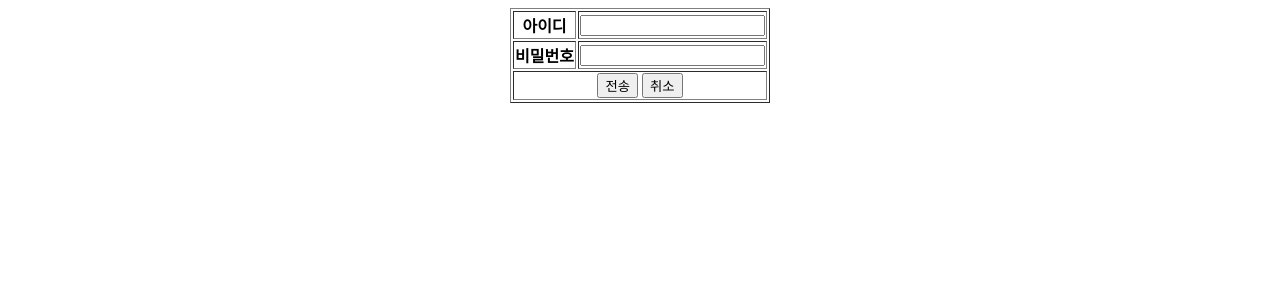
Repository: LTaeHoon/javajsp_ncs
Page: http://localhost/chap01_Jsp_Servlet/jsp/login.jsp
The author's editor kept a copy of each file at every save. The page is drawn from the files as they stood at one save, then again after the next save.
The browser window is 1280 px wide. The pictures show the whole page.
The page is served by Tomcat 9. Other server files are loaded and not shown.

Above is the page before, as saved 2017-01-13 02:03:20.

### chap01_Jsp_Servlet/WebContent/jsp/login.jsp
<%@ page language="java" contentType="text/html; charset=UTF-8"
    pageEncoding="UTF-8"%>
<!DOCTYPE html PUBLIC "-//W3C//DTD HTML 4.01 Transitional//EN" "http://www.w3.org/TR/html4/loose.dtd">
<html>
<head>
<meta http-equiv="Content-Type" content="text/html; charset=UTF-8">
<title>로그인 화면</title>
 <!-- 제이쿼리 라이브러리 링크 -->
 <script type="text/javascript" src="../js/jquery-3.js"></script>
 <script>
 	function data_check(){
 		if($('#id').val()==""){
 			alert('아이디를 입력하세요.');
 			$('#id').focus();
 			return false; //서버 전송 차단
 		}
 		if($('#pwd').val()==""){
 			alert('비번를 입력하세요.');
 			$('#pwd').focus();
 			return false; //서버 전송 차단
 		}
 	}
 </script>
</head>
<body>
<!-- action="http://192.168.0.79:8282/chap01_Jsp_Servlet/LoginServlet" -->
	<form name="frm" method="post"
	  action="<%=request.getContextPath() %>/LoginServlet"
	  onsubmit="return data_check()">
	  <!--
	  	method : 데이터 전송방식(get/post) -> doGet()/doPost()
	  	action : 서버페이지 url
	  		-> url = http://ip:port번호/디렉토리명/처리파일명
	  		-> 간소화 시, 경로명/처리파일명 (client ,server가 동일한 컴퓨터에서 작업된 경우)
	  	onsubmit : "data 검증 함수 호출"
	   -->
	 <div align="center">
		<table border="1">
			<tr>
				<th>아이디</th>
				<td><input type="text" name="id" id="id"/>
			</tr>
			<tr>
				<th>비밀번호</th>
				<td><input type="password" name="pwd" id="pwd"/>
			</tr>
			<tr>
				<td colspan="2" align="center">
					<input type="submit" value="전송" />
					<input type="reset" value="취소"/>
				</td>
				<!--
					type="submit": 버튼 클릭 시 action으로 지정된
					페이지로 데이터가 전송되는 방식
					name 속성 : 서버로 전송 시 값을 저장하는 변수명 지정
				 -->
		</table>
	 </div>
	</form>
</body>
</html>

Loaded but not shown: chap01_Jsp_Servlet/WebContent/js/jquery-3.js (library)

After the next save:
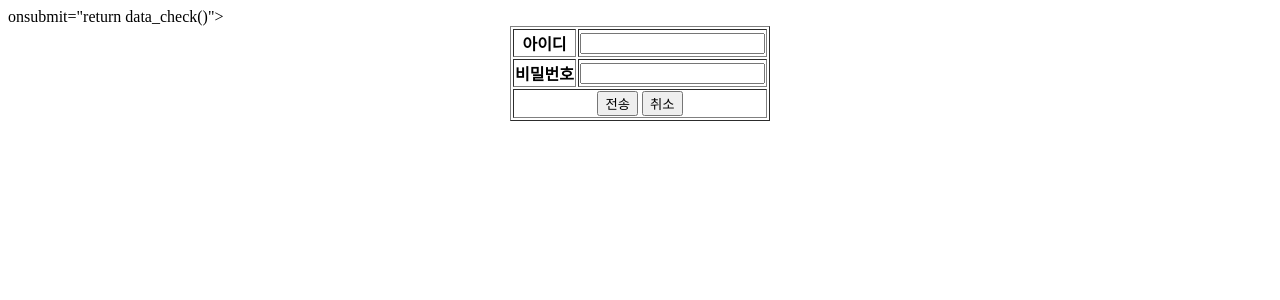
Saved 36 s later.
--- a/chap01_Jsp_Servlet/WebContent/jsp/login.jsp
+++ b/chap01_Jsp_Servlet/WebContent/jsp/login.jsp
@@ -25,7 +25,7 @@
 <body>
 <!-- action="http://192.168.0.79:8282/chap01_Jsp_Servlet/LoginServlet" -->
 	<form name="frm" method="post"
-	  action="<%=request.getContextPath() %>/LoginServlet"
+	  action="<%=request.getContextPath() %>/LoginServlet"  <!-- 절대 경로 -->
 	  onsubmit="return data_check()">
 	  <!--
 	  	method : 데이터 전송방식(get/post) -> doGet()/doPost()

After the save that followed:
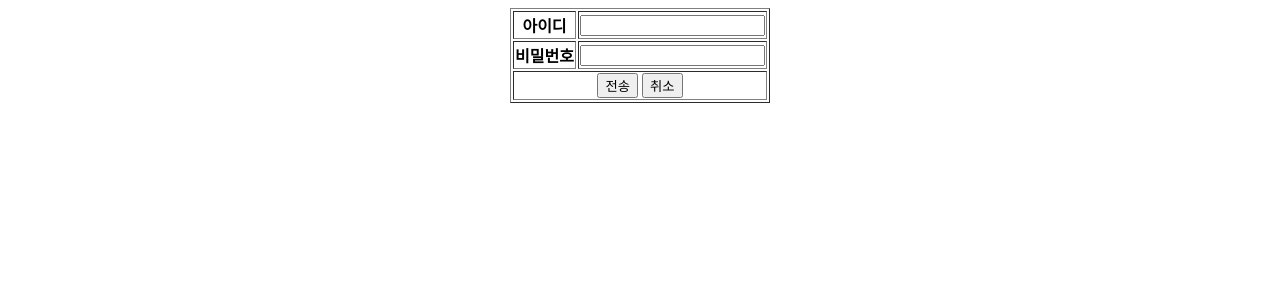
Saved 8 s later.
--- a/chap01_Jsp_Servlet/WebContent/jsp/login.jsp
+++ b/chap01_Jsp_Servlet/WebContent/jsp/login.jsp
@@ -25,8 +25,8 @@
 <body>
 <!-- action="http://192.168.0.79:8282/chap01_Jsp_Servlet/LoginServlet" -->
 	<form name="frm" method="post"
-	  action="<%=request.getContextPath() %>/LoginServlet"  <!-- 절대 경로 -->
-	  onsubmit="return data_check()">
+	  action="<%=request.getContextPath() %>/LoginServlet"
+	  onsubmit="return data_check()"> <!-- 절대 경로 -->
 	  <!--
 	  	method : 데이터 전송방식(get/post) -> doGet()/doPost()
 	  	action : 서버페이지 url
